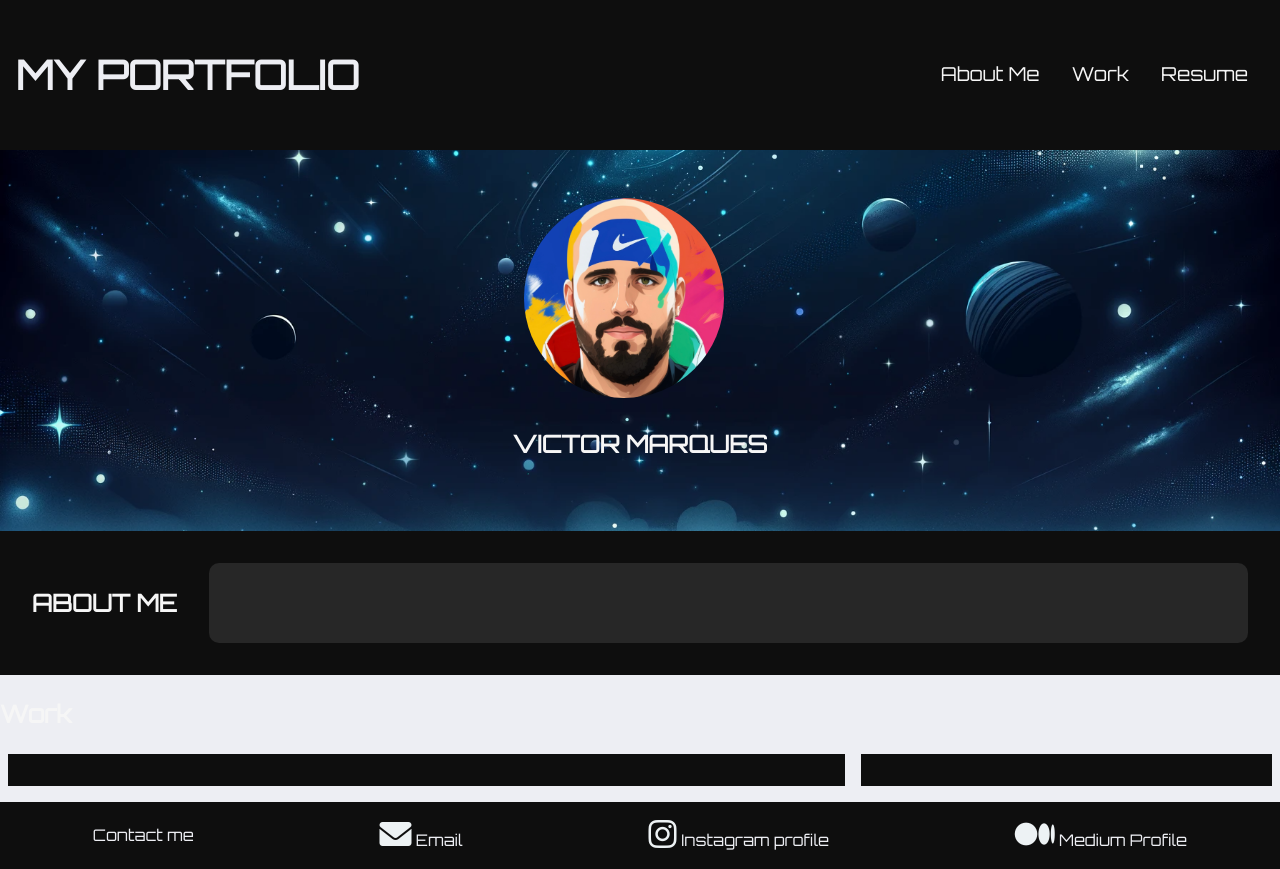
Repository: uvee35/Challenge2-Victor
Page: index.html
The author's editor kept a copy of each file at every save. The page is drawn from the files as they stood at one save, then again after the next save.
The browser window is 1280 px wide. The pictures show the whole page.

Above is the page before, as saved 2023-12-11 20:53:10.

### index.html
<!DOCTYPE html>
<html lang="en-gb">
  <head>
    <meta charset="UTF-8" />
    <meta name="viewport" content="width=device-width, initial-scale=1.0" />
    <meta http-equiv="X-UA-Compatible" content="ie=edge" />
    <title>Victor Marques Portfolio</title>
    <link rel="stylesheet" href="assets/style.css" />
    <link
      href="https://cdnjs.cloudflare.com/ajax/libs/font-awesome/6.0.0-beta3/css/all.min.css"
      rel="stylesheet"
    />
    <link
      href="https://fonts.googleapis.com/css?family=Orbitron&display=swap"
      rel="stylesheet"
    />
  </head>

  <body>
    <header class="header">
      <h1 class="header__name">MY PORTFOLIO</h1>
      <nav class="header__nav">
        <ul class="nav__list">
          <li class="nav__item">
            <a href="#about" class="nav__link">About Me</a>
          </li>
          <li class="nav__item"><a href="#work" class="nav__link">Work</a></li>
          <li class="nav__item">
            <a href="#resume" class="nav__link">Resume</a>
          </li>
        </ul>
      </nav>
    </header>

    <section class="hero-banner">
      <div class="hero-banner__content">
        <img src="..///assets/victor.JPG" alt="Victor" class="about__image" />
        <h1>VICTOR MARQUES</h1>
      </div>
    </section>

    <main class="page-wrapper">
      <section class="about-section">
        <h2 class="about-title">ABOUT ME</h2>
        <div class="about-box">
          <p class="about-me-text">
            <!-- Your about me text -->
          </p>
        </div>
      </section>

      <section class="page-section" id="work">
        <h2>Work</h2>
        <div class="work__projects">
          <div class="project project--featured"></div>
          <div class="project">
            <!-- Other project content -->
          </div>
          <!-- Repeat for other projects as necessary -->
        </div>
      </section>
    </main>

    <footer class="footer">
      <div class="footer__contact-info">
        <span class="footer__contact-header">Contact me</span>
        <a href="mailto:victormarquesrina@hotmail.com" class="contact-link">
          <i class="fas fa-envelope social-icon"></i>
          <span>Email</span>
        </a>
        <a href="https://www.instagram.com/Uvee35" class="contact-link">
          <i class="fab fa-instagram social-icon"></i>
          <span>Instagram profile</span>
        </a>
        <a href="https://medium.com/@victor5.vm58" class="contact-link">
          <i class="fab fa-medium social-icon"></i>
          <span>Medium Profile</span>
        </a>
      </div>
    </footer>
  </body>
</html>

### assets/style.css
:root {
  --primary-color: #edeef3;
  --secondary-color: #0e0e0e;
  --accent-color: #edf2f4;
  --font-color: #f6f6f6;
  --font-family: 'Orbitron', sans-serif;
}

*,
*::before,
*::after {
  box-sizing: border-box;
}

body {
  font-family: var(--font-family);
  color: var(--font-color);
  background-color: var(--primary-color);
  line-height: 1.6;
  margin: 0;
  padding: 0;
  display: flex;
  flex-direction: column;
  min-height: 100vh;
}

.header {
  background-color: var(--secondary-color);
  color: var(--primary-color);
  padding: 1rem;
  display: flex;
  align-items: center;
  justify-content: space-between;
}

.header__name {
  font-size: 2.5rem;
}

.nav__list {
  display: flex;
  list-style: none;
}

.nav__item {
  margin: 0 1rem;
}

.nav__link {
  color: var(--font-color);
  text-decoration: none;
  font-size: 1.2rem;
}

.hero-banner {
  background-image: url('..//assets/background.png');
  background-size: cover;
  background-position: center;
  padding: 3rem 0;
  text-align: center;
  display: flex;
  align-items: center;
  justify-content: center;
}

.hero-banner__subtitle {
  color: var(--accent-color);
  font-size: 2rem;
  background: white; /* Remove any background color */
  display: inline-block;
  padding: 0.5rem 1rem;
}
.about__image {
  width: 200px;
  height: 200px;
  border-radius: 50%;
  object-fit: cover;
  margin-right: 2rem;
}

.about-section {
  background-color: var(--secondary-color);
  padding: 2rem;
  display: flex;
  justify-content: space-between;
  align-items: center;

}

.about-title {
  color: var(--font-color);
  font-size: 1.5rem;
  margin-right: 2rem; /* Adjust space between title and box */
}

.about-box {
  flex-grow: 1;
  background: rgba(255, 255, 255, 0.1); /* Semi-transparent white */
  padding: 2rem;
  border-radius: 10px;
  color: var(--font-color);
  font-size: 1rem;
  text-align: justify;
}

.work__projects {
  display: flex;
  flex-wrap: wrap;
  gap: 1rem;
  justify-content: center;
}

.project {
  background-color: var(--secondary-color);
  padding: 1rem;
  width: calc(33.333% - 1rem);
  margin-bottom: 1rem;
}

.project--featured {
  width: calc(66.666% - 1rem);
}

.project img {
  max-width: 100%;
  height: auto;
  border: 3px solid var(--accent-color);
}

.footer {
  background-color: var(--secondary-color);
  color: var(--primary-color);
  text-align: center;
  padding: 1rem 0;
  display: flex;
  justify-content: space-around;
  align-items: center;
  margin-top: auto; /* Pushes the footer to the bottom */
}

.footer a {
  color: var(--primary-color);
  text-decoration: none;
}

.footer__contact-info {
  display: flex;
  justify-content: space-around;
  align-items: center;
  width: 100%;
}

.social-icon {
  font-size: 2rem;
  color: var(--accent-color);
}

/* Media Queries for Responsive Design */
@media (max-width: 768px) {
  .project {
    width: calc(50% - 1rem);
  }

  .project--featured {
    width: 100%;
  }

  .about-box {
    width: 100%;
  }
}

@media (max-width: 480px) {
  .nav__list {
    flex-direction: column;
    align-items: center;
  }

  .nav__item {
    margin-bottom: 0.5rem;
  }

  .project,
  .project--featured {
    width: 100%;
  }

  .about-section {
    flex-direction: column;
    text-align: center;
  }

  .about-title {
    margin: 0 0 1rem 0;
  }
}

After the next save:
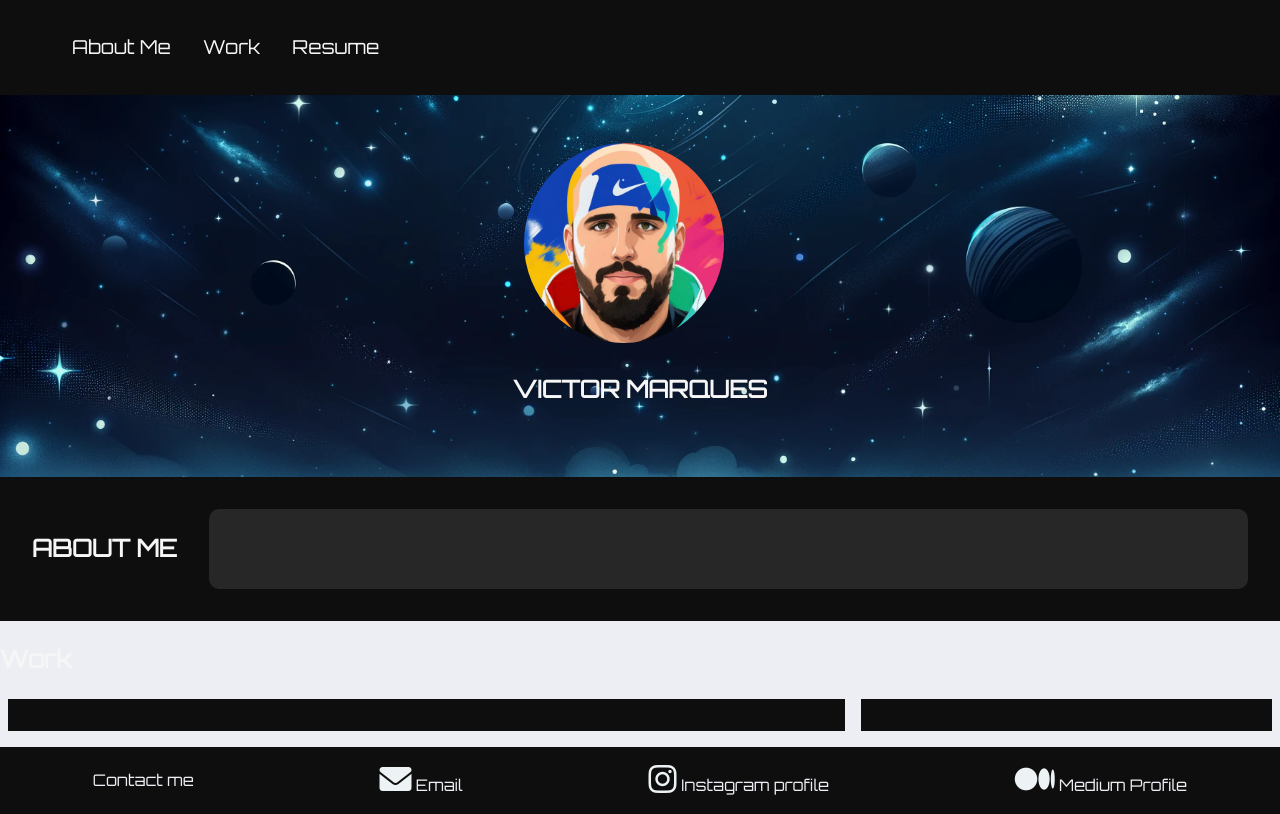
Saved 47 s later.
--- a/index.html
+++ b/index.html
@@ -18,7 +18,6 @@
 
   <body>
     <header class="header">
-      <h1 class="header__name">MY PORTFOLIO</h1>
       <nav class="header__nav">
         <ul class="nav__list">
           <li class="nav__item">
